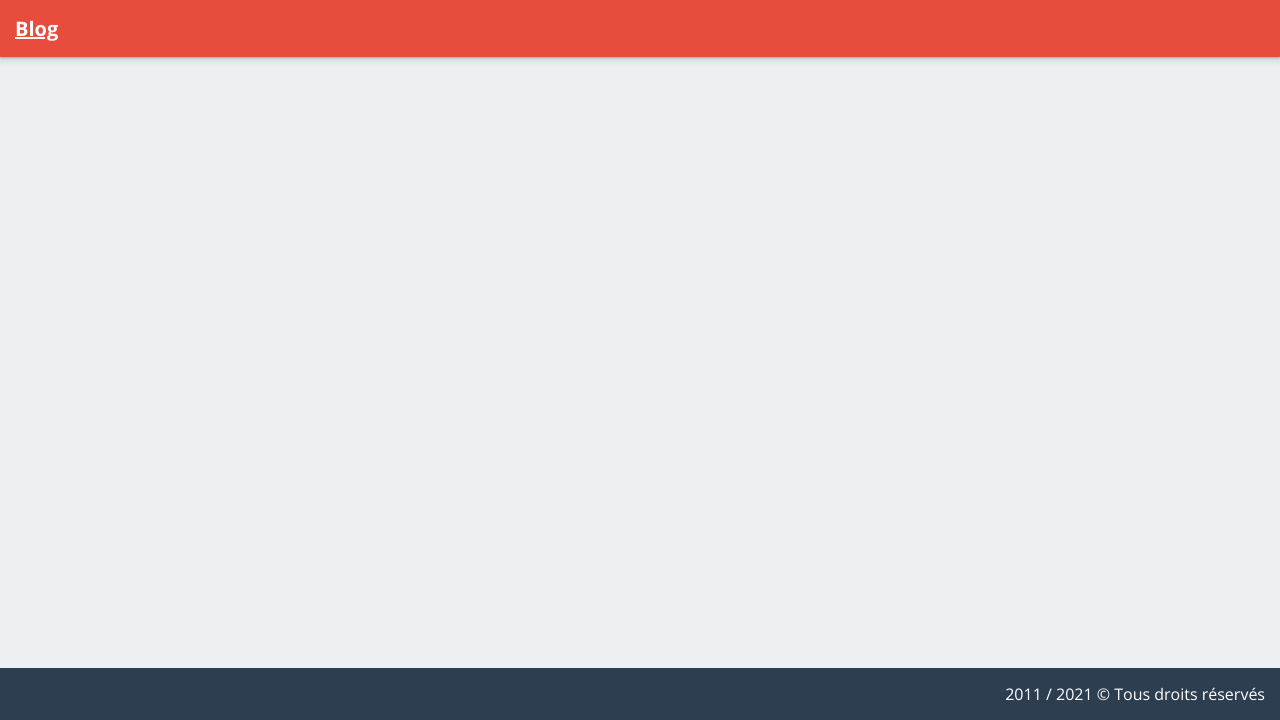
Repository: Yannis699/Projet_blog
Page: http://localhost/add-article.php
An editor plug-in stored every save of this project. The page is shown before and after a run of saves, followed by the edit.
The browser window is 1280 px wide. The pictures show the whole page.
The page is run by PHP 8.4 with error messages shown; the project is at /var/www/html/.

Above is the page before, as saved 2022-05-19 21:08:43.

After the next 10 saves:
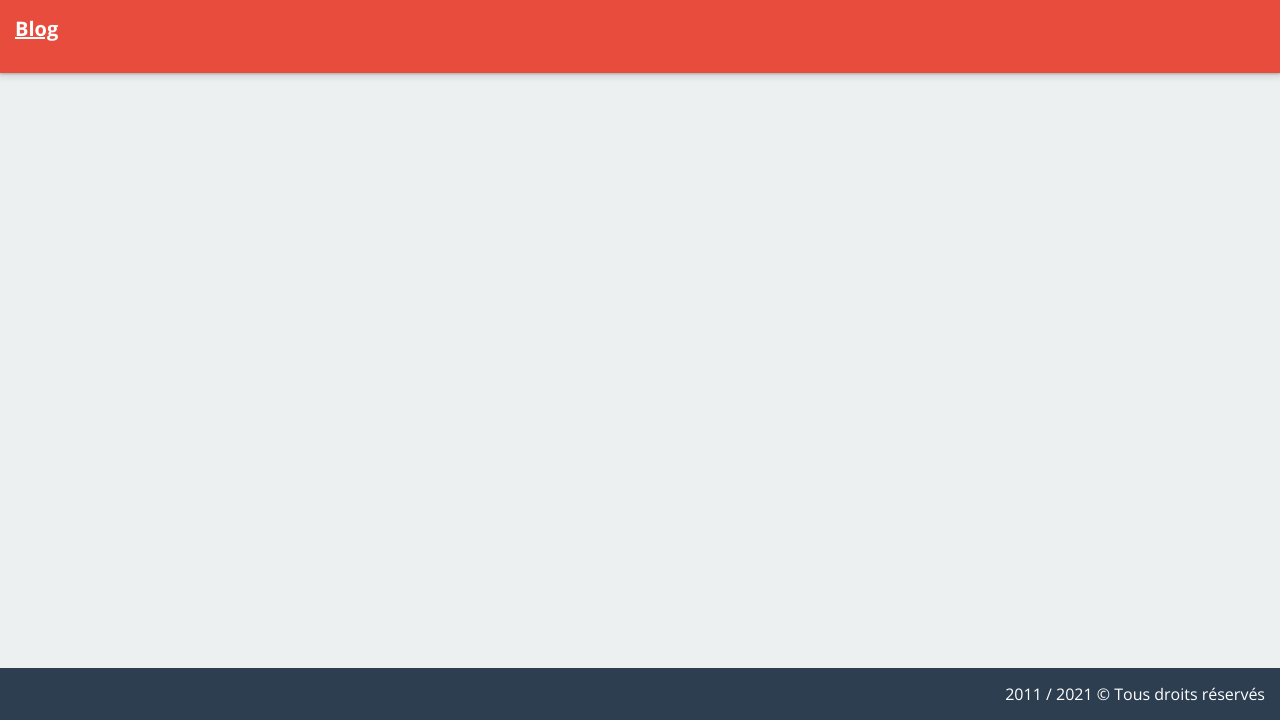
The 10 saves are shown as one change because they came seconds apart.
The last was saved 47 s later.
--- a/blog/includes/header.php
+++ b/blog/includes/header.php
@@ -1,3 +1,8 @@
 <header>
    <a href="/" class="logo">Blog</a>
+   <ul>
+       <li>
+           <a href="/add-article.php"></a>
+       </li>
+   </ul>
 </header>
